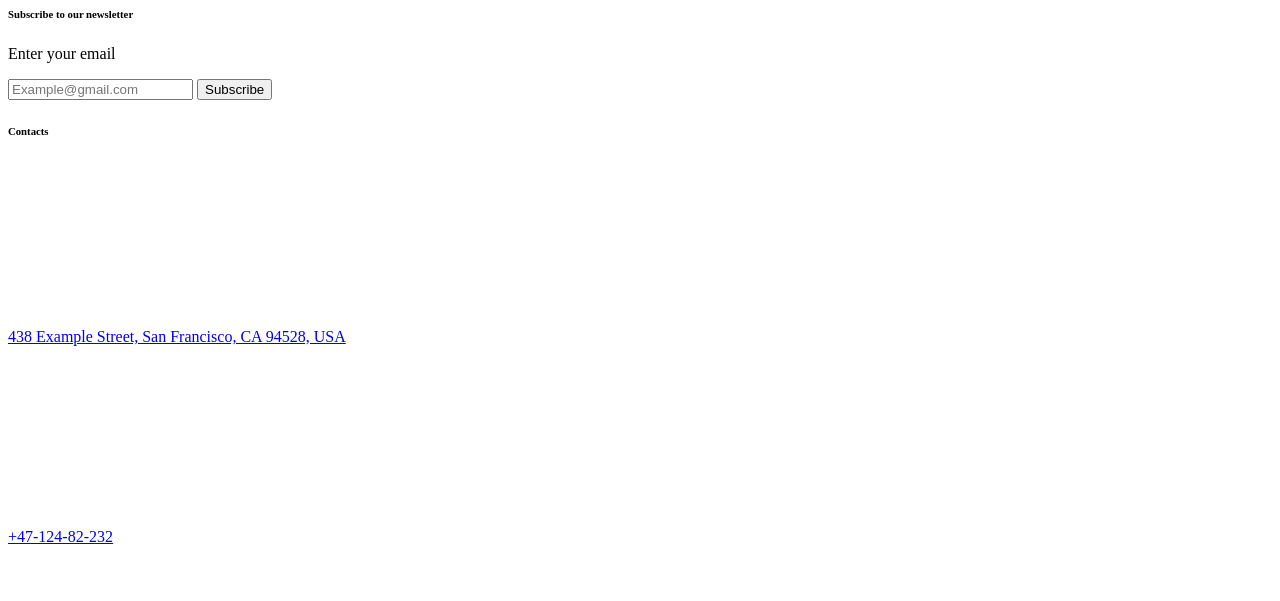
Repository: NuclMe/MyBeatifulMarkup
Page: src/components/footer/footer.html
An editor plug-in stored every save of this project. The page is shown before and after a run of saves, followed by the edit.
The browser window is 1280 px wide. The pictures show the whole page.

Above is the page before, as saved 2021-09-22 23:39:15.

### src/components/footer/footer.html
<footer class="footer">
  <div class="container container__medium">
    <h6 class="footer__title">Subscribe to our newsletter</h6>
    <form class="form">
      <label class="form__label">
        <p class="form__text">Enter your email</p>
        <input type="text" name="send-email" class="form__input" placeholder="Example@gmail.com" />
      </label>
      <button class="btn-footer">Subscribe</button>
    </form>
    <section class="info">
      <div class="contacts">
        <h6 class="info__title">Contacts</h6>
        <div class="contact__links">
          <a
            href="https://www.google.com/maps/place/Golden+Gate+Bridge/@37.8199328,-122.4804438,17z/data=!3m1!4b1!4m5!3m4!1s0x808586deffffffc3:0xcded139783705509!8m2!3d37.8199286!4d-122.4782551"
            class="contact__link"
          >
            <svg class="svg-icon"><use xlink:href="#icon-location"></use></svg>
            <p class="contact__link-text">438 Example Street, San Francisco, CA 94528, USA</p>
          </a>
          <a href="tel:+47-124-82-232" class="contact__link">
            <svg class="svg-icon"><use xlink:href="#icon-phone"></use></svg>
            <p class="contact__link-text">+47-124-82-232</p>
          </a>
        </div>
      </div>
    </section>
  </div>
</footer>

After the next 2 saves:
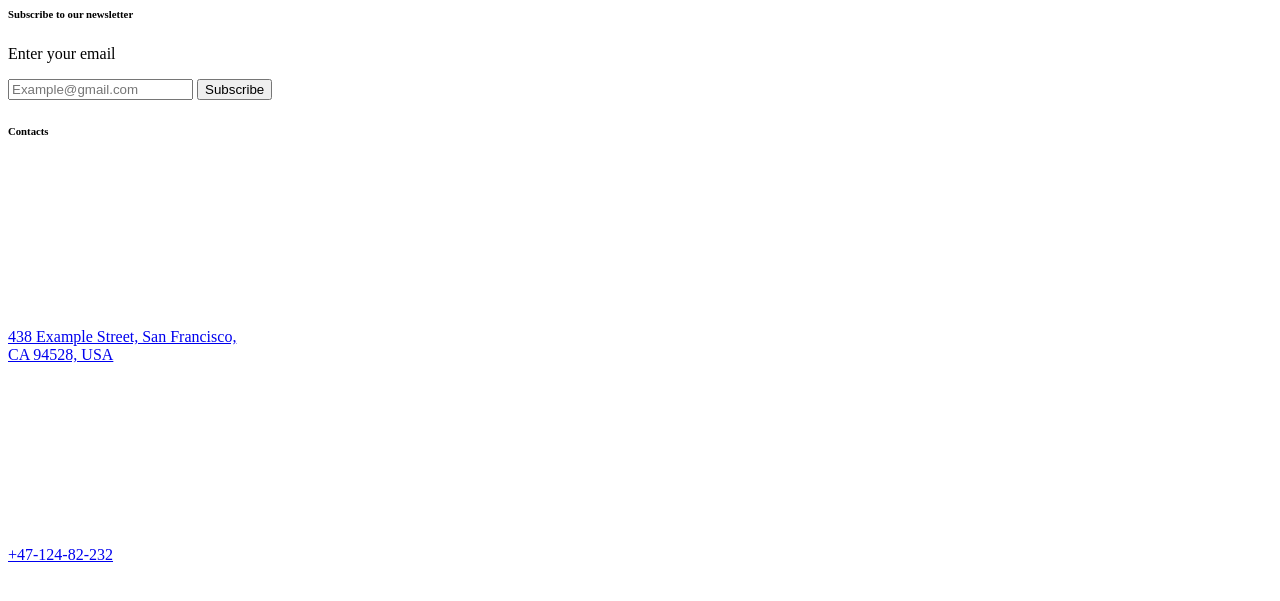
The 2 saves are shown as one change because they came seconds apart.
The last was saved 19 s later.
--- a/src/components/footer/footer.html
+++ b/src/components/footer/footer.html
@@ -17,7 +17,7 @@
             class="contact__link"
           >
             <svg class="svg-icon"><use xlink:href="#icon-location"></use></svg>
-            <p class="contact__link-text">438 Example Street, San Francisco, CA 94528, USA</p>
+            <p class="contact__link-text">438 Example Street, San Francisco, <br />CA 94528, USA</p>
           </a>
           <a href="tel:+47-124-82-232" class="contact__link">
             <svg class="svg-icon"><use xlink:href="#icon-phone"></use></svg>
